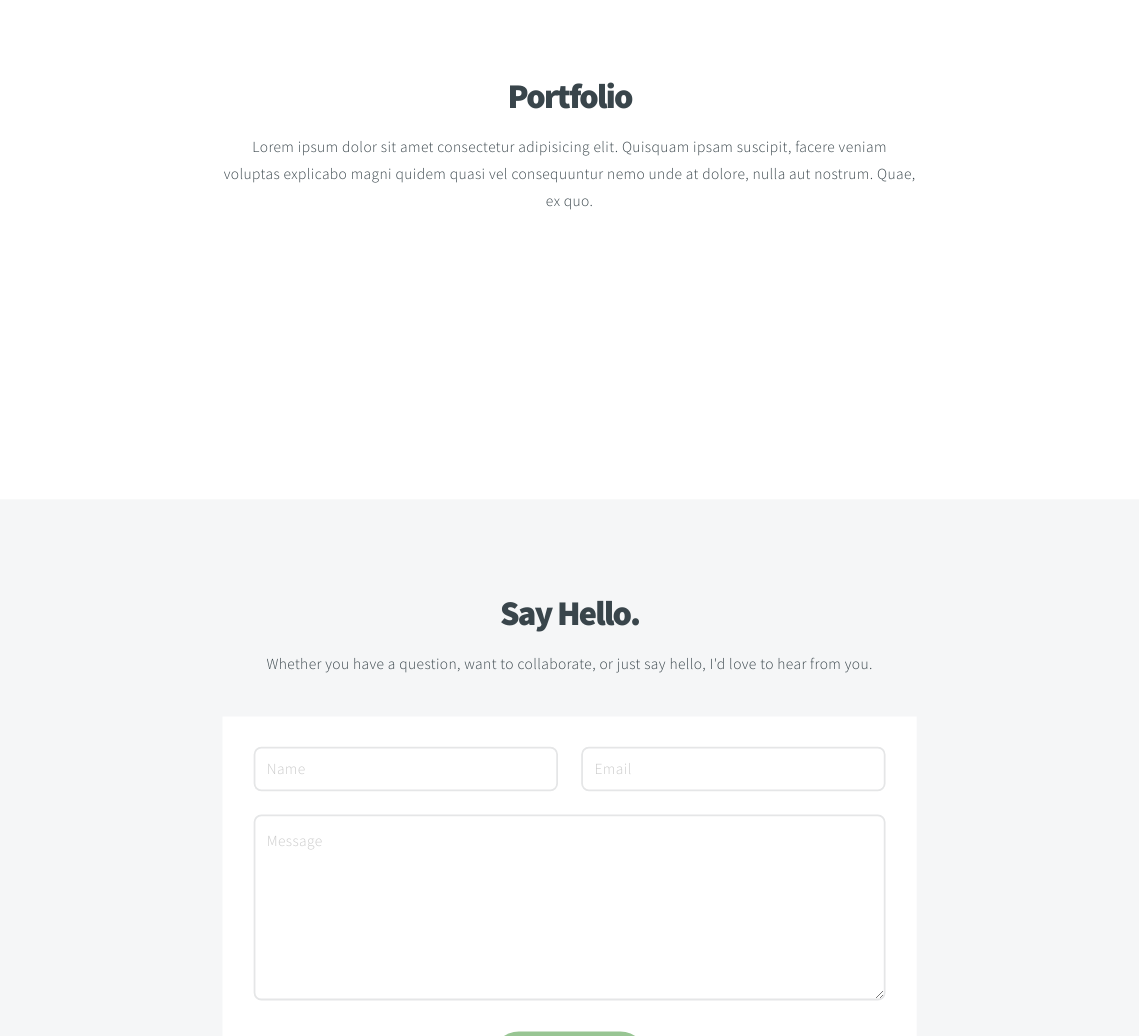
Repository: mauriciopazpp/mauriciopazpp.github.io
Page: index.html
An editor plug-in stored every save of this project. The page is shown before and after the next save, followed by the edit.
The browser window is 1280 px wide. The pictures show the part of the page from y = 5336 to 6500 px (the page is 6990 px tall before and 6868 px after), at 89% of full size.
A picture or video elsewhere on the page could not be fetched, so the positions and the page height are approximate. Backgrounds fixed to the window are drawn as part of the page.

Above is the page before, as saved 2024-03-05 22:52:18.
Console error: TypeError: Cannot set properties of undefined (setting 'windowMargin')

### index.html
<!DOCTYPE HTML>
<html>
	<head>
		<title>Mauricio Paz</title>
		<meta charset="utf-8" />
		<meta name="viewport" content="width=device-width, initial-scale=1, user-scalable=no" />
		<link rel="stylesheet" href="assets/css/main.css" />
		<noscript><link rel="stylesheet" href="assets/css/noscript.css" /></noscript>
		<link rel="icon" type="image/x-icon" href="images/favicon.png">
	</head>
	<body class="is-preload">
		<!-- <img id="preload" src="images/preloader.gif"> -->
		<!-- Header -->
			<header id="header">
				<div class="logo-header">
					<img src="images/logo-2.png" alt="Mauricio Paz Pacheco CV">
				</div>
				<nav>
					<ul>
						<li><a href="#intro">Intro</a></li>
						<li><a href="#one">Who I am</a></li>
						<li><a href="#two">Skills and Certifications</a></li>
						<li><a href="#work">Experience</a></li>
						<li><a href="#portfolio">Portfolio</a></li>
						<li style="display: none;"><a href="#things">My Things</a></li>
						<li><a href="#contact">Contact</a></li>
					</ul>
				</nav>
			</header>

		<!-- Intro -->
			<section id="intro" class="main style1 dark fullscreen">
				<div class="content">
					<header>
						<h2>Mauricio Paz</h2>
					</header>
					<p>Enter the realm of my career.</p>
					<footer>
						<!-- <a href="#one" class="button style2 down">More</a> -->
						<a href="cv/Mauricio.pdf" target="_blank" class="button">Download CV</a>
						<a href="#one" class="button">More</a>
					</footer>
				</div>
			</section>

		<!-- One -->
			<section id="one" class="main style2 right dark fullscreen">
				<div class="content box style2">
					<header>
						<h2>Who I am</h2>
					</header>
					<p>Mauricio, <span id="age">35</span> years old, more than a decade of experience in the systems development field. Certified by Adobe. Married, living in the south of Brazil. I enjoy Rock, Heavy Metal, cats and games.</p>
					<p>Let's be friends, this is my insta <a href="https://www.instagram.com/mauricio.paz.p/" style="text-decoration: none; font-weight: bold;">@mauricio.paz.p</a></p>
				</div>
				<a href="#two" class="button style2 down anchored">Next</a>
			</section>

		<!-- Two -->
			<section id="two" class="main style2 left dark fullscreen">
				<div class="content box style2">
					<header>
						<h2>Skills</h2>
					</header>
					<p><b class="php">#php</b>, <b class="javascript">#javascript</b>, <b class="node">#node</b>, <b class="graphql">#graphql</b>, <b class="sql">#sql</b></p>
					<p><b class="adobecommerce">#adobecommerce</b>, <b class="bigcommerce">#bigcommerce</b>, <b class="shopify">#shopify</b>, <b class="pwastudio">#pwastudio</b></p>
					<p><b class="vuejs">#vuejs</b>, <b class="react">#react</b>, <b class="reactnative">#reactnative</b></p>
					<p><b class="git">#git</b>, <b class="warden">#warden</b>, <b class="docker">#docker</b>, <b class="commercecloud">#commercecloud</b></p>
					<p><b class="frontend">#frontend</b>, <b class="backend">#backend</b>, <b class="fullstack">#fullstack</b></p>
					<p><b class="english">#english</b>, <b class="portuguese">#portuguese</b></p>

					<br>

					<h2>Certifications</h2>
					<p>
						<b>
						- Adobe Certified Expert - Adobe Commerce Front-End Developer.
						<a href="https://www.credly.com/badges/2049df38-8aab-49f0-89bc-399480d42e42/linked_in" target="_blank">
							Check the link
						</a>
						</b>
					</p>

				</div>
				<a href="#work" class="button style2 down anchored">Next</a>
			</section>

		<!-- Work -->
			<section id="work" class="main style3 primary">
				<div class="content">
					<header>
						<h2>My Experience</h2>
						<p>Over the years, I have worked in various companies and faced challenges that have shaped my expertise in development. At BlueAcorn iCi, I participated in projects for major companies such as Lovesac and Sony, using Adobe Commerce and React. At Jamersan, I contributed to creating stores using BigCommerce. At Unimed, I had the opportunity to independently create software from scratch, developing highly robust systems that are still in use today. Currently, at IronPlane, I am expanding my knowledge in PWA Studio. My journey is a constant pursuit of technical excellence and the ability to positively impact through software development.</p>
					</header>

					<!-- Gallery  -->
						<div class="gallery">
							<article class="from-left" style="background: url(images/fulls/02.jpg);">
								<div class="description">
									<p><b>IronPlane</b> - <i>Portland, ME, USA</i> <br> 04/2023 - Current</p>
									<ul>
										<li>•  Designed and implemented stores using Adobe Commerce.</li>
										<li>•  Upgrade PWA Studio stores and bug fixes using Adobe Commerce, PWA Studio, React, webpack, GraphQL, HTML, and CSS.</li>
										<li>•  Code-reviews in BigCommerce and Adobe Commerce stores.</li>
									</ul>
								</div>
								<div class="company">
									<img src="images/comp/ironplane.svg" alt="ironplane" class="logo">
								</div>
								<!-- <a href="images/fulls/01.jpg" class="image fit"><img src="images/thumbs/01.jpg" title="The Anonymous Red" alt="" /></a> -->
							</article>
							<article class="from-right" style="background: url(images/fulls/05.jpg);">
								<div class="description">
									<p><b>Jamersan</b> - <i>Opelika, AL, USA</i> <br> 02/2023 - 12/2023</p>
									<ul>
										<li>•  Led the creation of stores, managing product imports, and crafting database management scripts using api, bash script, php and javascript.</li>
										<li>•  Designed and developed new stores using BigCommerce, incorporating webhooks, APIs, and app development.</li>
									</ul>
								</div>
								<div class="company">
									<img src="images/comp/jamersan.webp" alt="jamersan" class="logo">
								</div>
								<!-- <a href="images/fulls/02.jpg" class="image fit"><img src="images/thumbs/02.jpg" title="Airchitecture II" alt="" /></a> -->
							</article>
							<article class="from-left" style="background: url(images/fulls/01.jpg);">
								<div class="description">
									<p><b>BlueAcorn iCi</b> - <i>Charleston, SC, USA</i> <br>03/2021 - 02/2023</p>
									<ul>
										<li>•  Senior Front-end Developer, <i>a leading company in award-winning digital transformations for Fortune 500 companies.</i> I collaborated on large-scale projects, including creating digital experiences for renowned brands such as Apple and Sony.</li>
										<li>•  Led a Front-end development team on an Adobe Commerce project, ensuring timely and high-quality delivery.</li>
										<li>•  Development and enhancement of stores for renowned brands like Lovesac, using technologies such as Adobe Commerce, React, and advanced customization tools, such as product creation in a 3D environment.</li>
									</ul>
								</div>
								<div class="company">
									<img src="images/comp/blueacorn.png" alt="blueacornici" class="logo">
								</div>
								<!-- <a href="images/fulls/03.jpg" class="image fit"><img src="images/thumbs/03.jpg" title="Air Lounge" alt="" /></a> -->
							</article>
							<article class="from-right" style="background: url(images/fulls/03.jpg);">
								<div class="description">
									<p><b>MageMontreal</b> - <i>Sainte-Agathe-des-Monts/QC  Canada</i> <br>08/2020 - 02/2021</p>
									<ul>
										<li>•  Front-end Developer at MageMontreal, contributing to the development of multiple online stores using Adobe Commerce.</li>
										<li>•  Continuous Integration/Deployment Pipeline Integration, pull requests, code reviews.</li>
									</ul>
								</div>
								<div class="company">
									<img src="images/comp/magemontreal.svg" alt="magemontreal" class="logo" style="background: #f84601">
								</div>
								<!-- <a href="images/fulls/03.jpg" class="image fit"><img src="images/thumbs/03.jpg" title="Air Lounge" alt="" /></a> -->
							</article>
							<article class="from-left" style="background: url(images/fulls/04.jpg);">
								<div class="description">
									<p><b>Redstage</b> - <i>New York, NY, USA</i> <br>03/2019 - 08/2020</p>
									<ul>
										<li>• Initiated the creation of work automation scripts, proposing tasks such as branch creation, automatic status updates in Jira, pull request creation via terminal, and development of a webhook on GitHub to send automatic notifications to Slack.</li>
										<li>•  Full Stack Developer, responsible for the creation and updates of stores using Adobe Commerce.</li>
									</ul>
								</div>
								<div class="company">
									<img src="images/comp/fulcrum.webp" alt="fulcrum" class="logo">
								</div>
								<!-- <a href="images/fulls/03.jpg" class="image fit"><img src="images/thumbs/03.jpg" title="Air Lounge" alt="" /></a> -->
							</article>
							<article class="from-right" style="background: url(images/fulls/06.jpg);">
								<div class="description">
									<p><b>KolinaLabs</b> - <i>Guarapuava, PR, Brazil</i> <br>06/2018 - 02/2019</p>
									<ul>
										<li>•  Development of system applications, including a solar panel system for Sices Brasil, the largest solar panel producer in Latin America.</li>
										<li>•  Creation and maintenance of apps using Vue.js, webpack, Sass, among others, to ensure efficient and high-quality implementation.</li>
										<li>•  BI Developer, creating an advanced dashboard using QlikSense to enhance data analysis and decision-making at Sices Brasil.</li>
									</ul>
								</div>
								<div class="company">
									<img src="images/comp/kolinalabs.png" alt="kolinalabs" class="logo">
								</div>
								<!-- <a href="images/fulls/03.jpg" class="image fit"><img src="images/thumbs/03.jpg" title="Air Lounge" alt="" /></a> -->
							</article>
							<article class="from-left" style="background: url(images/fulls/06.jpg);">
								<div class="description">
									<p><b>Unimed</b> - <i>Guarapuava, PR, Brazil</i> <br>08/2015 - 06/2018</p>
									<ul>
										<li>•  Largest healthcare company in latin america, I developed approximately 12 systems using Laravel independently, including 2 large systems that continued to be used for over 6 years, even after my departure from the company.</li>
										<li>•  Responsible for the entire system development process, from gathering requirements to development, deployment, testing, and support.</li>
										<li>•  I created a workflow system that automated all internal processes, providing greater ease of work for everyone.</li>
										<li>•  I conceptualized and developed a system that reduced an employee's workload time from 2 months to just 1 minute, automating the compression and sending of multiple PDFs via email to health plan beneficiaries.</li>
									</ul>
								</div>
								<div class="company">
									<img src="images/comp/unimed.png" alt="Unimed" class="logo" style="padding: 0;">
								</div>
								<!-- <a href="images/fulls/03.jpg" class="image fit"><img src="images/thumbs/03.jpg" title="Air Lounge" alt="" /></a> -->
							</article>
							<article class="from-right" style="background: url(images/fulls/06.jpg);    display: flex;
							align-content: center;
							justify-content: center;
							align-items: center;">
								<a href="https://www.linkedin.com/in/m-paz/details/experience/">
									<p><b style="color: white; text-decoration: underline;" target="_blank">See More</b></p>
								</a>
							</article>
						</div>
				</div>
			</section>

		<!-- Portfolio -->
		<section id="portfolio" class="main style3 primary">
			<div class="content">
				<header>
					<h2>Portfolio</h2>
					<p>Lorem ipsum dolor sit amet consectetur adipisicing elit. Quisquam ipsam suscipit, facere veniam voluptas explicabo magni quidem quasi vel consequuntur nemo unde at dolore, nulla aut nostrum. Quae, ex quo.</p>
				</header>

				<!-- Gallery  -->
					<div class="gallery">
						<article class="from-left" style="background: url(images/portfolio/lovesac.png);">
							<div class="description">
								<p><b>Lovesac</b></p>
							</div>
							<div class="company">
								<img src="images/comp/ironplane.svg" alt="ironplane" class="logo">
							</div>
						</article>
					</div>
			</div>
		</section>

		<!-- Contact -->
			<section id="contact" class="main style3 secondary">
				<div class="content">
					<header>
						<h2>Say Hello.</h2>
						<p>Whether you have a question, want to collaborate, or just say hello, I'd love to hear from you.</p>
					</header>
					<div class="box">
						<form method="post" action="https://formspree.io/xaypakzd">
							<div class="fields">
								<div class="field half"><input type="text" name="username" placeholder="Name" required/></div>
								<div class="field half"><input type="email" name="email" placeholder="Email" required /></div>
								<div class="field"><textarea name="message" placeholder="Message" rows="6" required></textarea></div>
							</div>
							<ul class="actions special">
								<li><input type="submit" value="Send Message" /></li>
							</ul>
						</form>
					</div>
					<h2>You can also message me using social apps</h2>
					<ul class="list-inline fullscreen-nav-holder">
						<li><a class="text-uppercase" href="https://www.linkedin.com/in/m-paz/?locale=en_US">Linkedin</a></li>
						<li><a class="text-uppercase" href="https://www.instagram.com/mauricio.paz.p/">Instagram</a></li>
						<li><a class="text-uppercase" href="https://wa.me/5542984152452?text=Hi%21+I+came+across+your+linkedin+profile">Whatsapp</a></li>
					</ul>
					<ul class="list-inline fullscreen-nav-holder">
						<li><b>mauriciopazdev@gmail.com</b></li>
						<li><b>+55 42 9-8415-24-52</b></li>
					</ul>

					<h2 style="color: cornflowerblue; margin-bottom: 30px">
						Thanks for stopping by!
					</h2>
					<br>
				</div>
			</section>

			<!-- Things -->
			<section id="things" class="main style3 primary" style="display: none;">
				<div class="content">
					<header>
						<h2>My Things</h2>
						<p>I believe that our professional life is closely linked to who we are and what we enjoy, so here are some of my childhood and teenager works.</p>
					</header>

					<!-- Gallery  -->
					<h3>Drawings</h3>
					<div class="gallery">
						<article class="from-left">
							<img src="images/things/draw.jpg">
						</article>
						<article class="from-right">
							<img src="images/things/draw2.jpg">
						</article>
					</div>
					<h3>Drawings in MsPaint, before touch screen exist</h3>
					<div class="gallery">
						<article class="from-left">
							<img src="images/things/paint3.jpg">
						</article>
						<article class="from-right">
							<img src="images/things/paint.jpg">
						</article>
					</div>
					<h3>3D modeling work, before become a developer</h3>
					<div class="gallery">
						<article class="from-left">
							<img src="images/things/3d.jpg">
						</article>
						<article class="from-right">
							<img src="images/things/3d3.jpg">
						</article>
					</div>
				</div>
			</section>

		<!-- Footer -->
			<footer id="footer">

				<!-- Icons -->
					<ul class="icons">
						<li><a href="https://www.facebook.com/mauriciopazpacheco" class="icon brands fa-facebook-f"><span class="label">Facebook</span></a></li>
						<li><a href="https://www.instagram.com/mauricio.paz.p/" class="icon brands fa-instagram"><span class="label">Instagram</span></a></li>
						<li><a href="https://www.linkedin.com/in/m-paz/?locale=en_US" class="icon brands fa-linkedin-in"><span class="label">LinkedIn</span></a></li>
					</ul>

				<!-- Menu -->
					<ul class="menu">
						<li>Mauricio Paz Pacheco</li><li></li>
					</ul>

			</footer>

		<!-- Scripts -->
			<script src="assets/js/jquery.min.js"></script>
			<script src="assets/js/jquery.poptrox.min.js"></script>
			<script src="assets/js/jquery.scrolly.min.js"></script>
			<script src="assets/js/jquery.scrollex.min.js"></script>
			<script src="assets/js/browser.min.js"></script>
			<script src="assets/js/breakpoints.min.js"></script>
			<script src="assets/js/util.js"></script>
			<script src="assets/js/main.js"></script>
	</body>
	<script>
		const dob = new Date('1988-12-08');
		const now = new Date();
		let age = now.getFullYear() - dob.getFullYear();
		if (now.getMonth() < dob.getMonth() || (now.getMonth() === dob.getMonth() && now.getDate() < dob.getDate())) {
			age--;
		}
		document.getElementById('age').textContent = age;
	</script>
</html>

Loaded but not shown: assets/js/jquery.min.js (library); assets/js/jquery.poptrox.min.js (library); assets/js/jquery.scrolly.min.js (common file); assets/js/jquery.scrollex.min.js (common file); assets/js/browser.min.js (common file); assets/js/breakpoints.min.js (common file); assets/css/fontawesome-all.min.css (library); assets/js/util.js (587 lines, source omitted); assets/js/main.js (219 lines, source omitted); assets/css/main.css (2508 lines, source omitted)

After the next save:
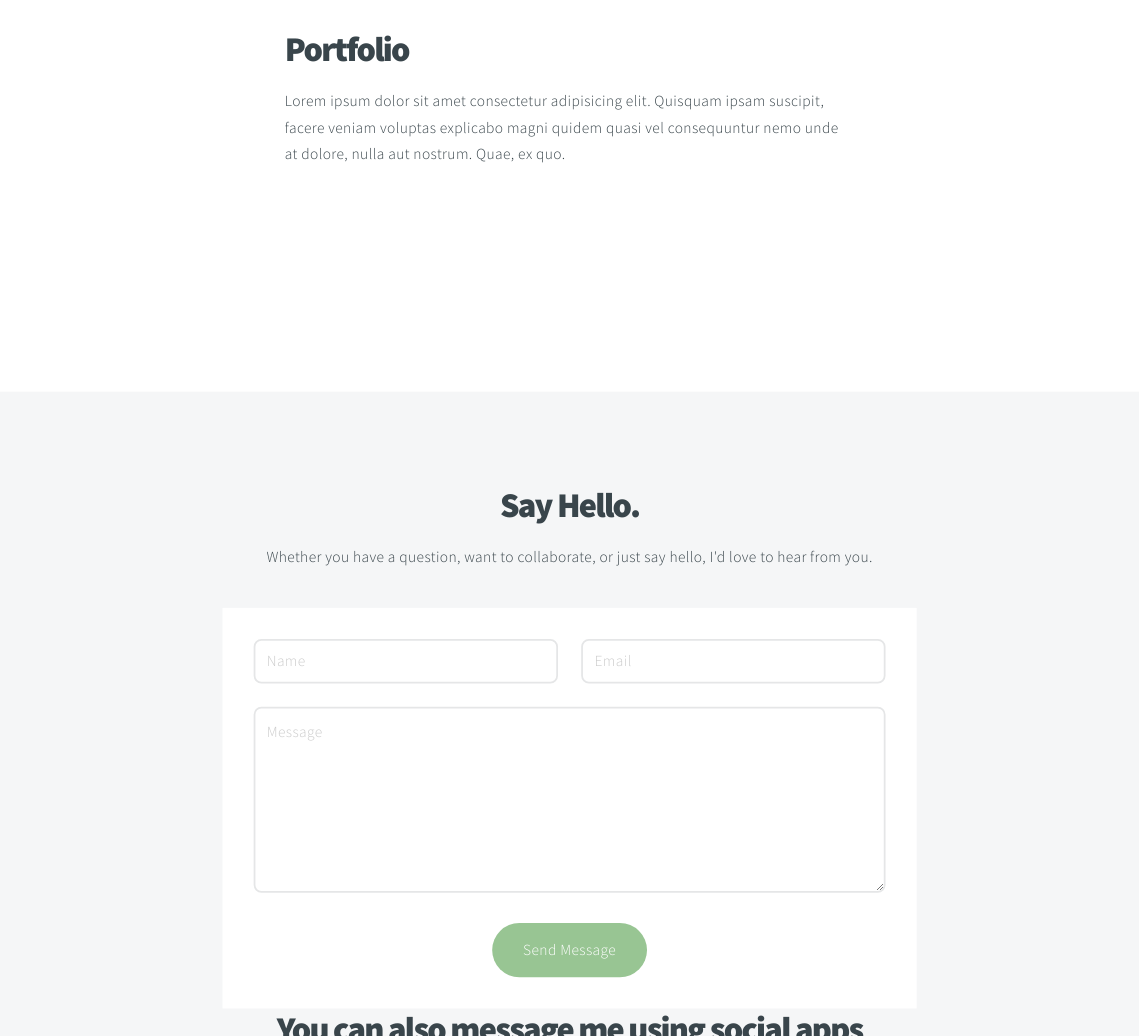
Saved 18 s later.
--- a/index.html
+++ b/index.html
@@ -203,7 +203,7 @@
 			</section>
 
 		<!-- Portfolio -->
-		<section id="portfolio" class="main style3 primary">
+		<section id="portfolio" class="main style2 primary">
 			<div class="content">
 				<header>
 					<h2>Portfolio</h2>
